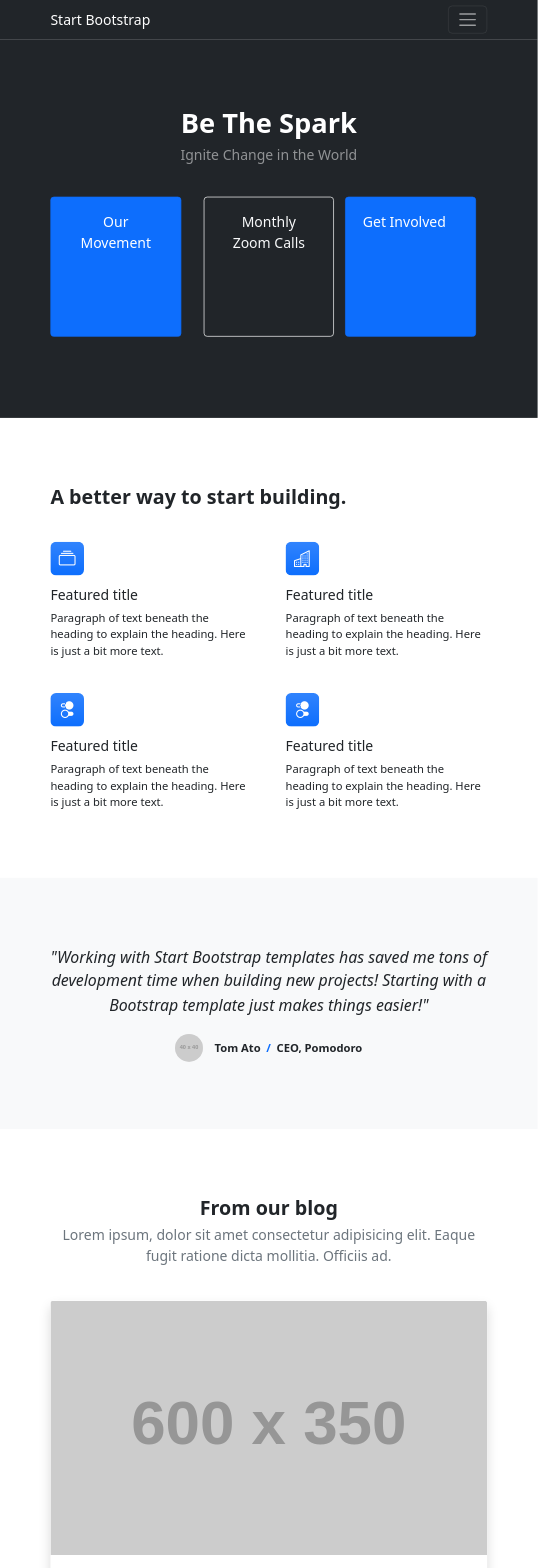
Repository: DragonFruit8/BeTheSpark
Page: index.html
An editor plug-in stored every save of this project. The page is shown before and after a run of saves, followed by the edit.
The browser window is 768 px wide. The pictures show the part of the page from y = 0 to 2240 px (the page is 4286 px tall before and 4188 px after), at 70% of full size.

Above is the page before, as saved 2024-01-05 08:20:42.

After the next 2 saves:
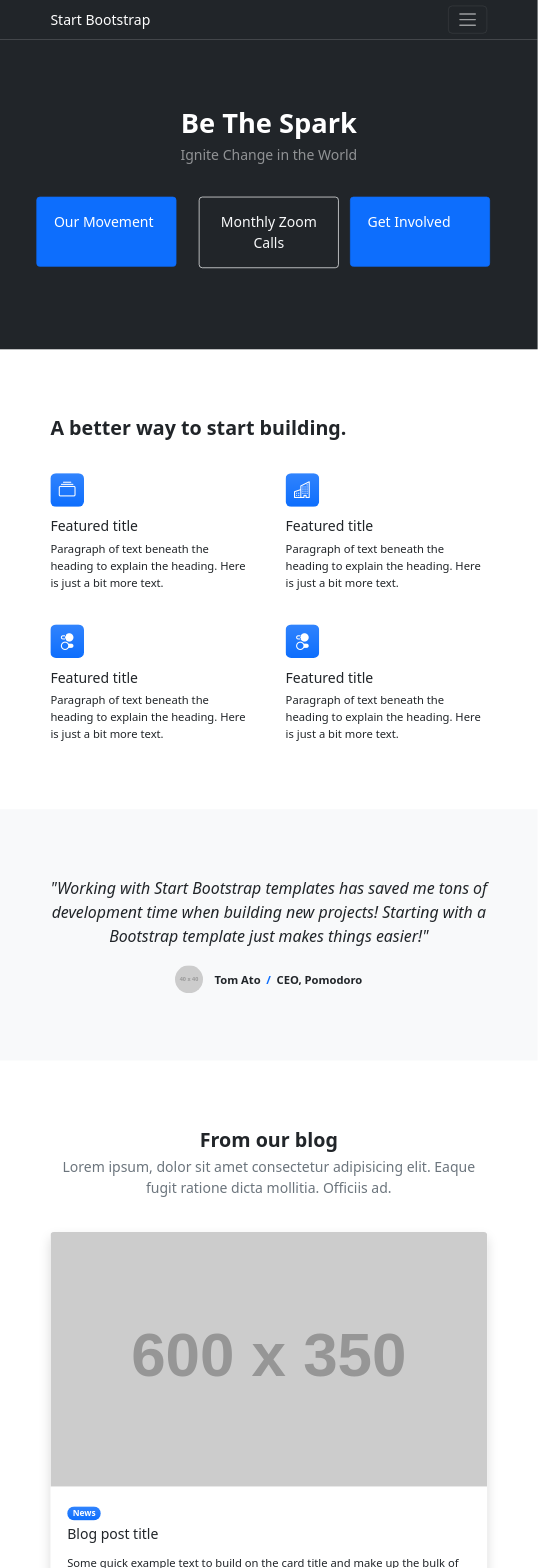
The 2 saves are shown as one change because they came seconds apart.
The last was saved 7 s later.
--- a/css/home.css
+++ b/css/home.css
@@ -11,8 +11,8 @@
 @media (max-width: 768px) {
     #CTA a{
         display: inline-flex;
-        min-height:200px;
-        min-width: 100px;
+        min-height:100px;
+        min-width: 200px;
         padding: 20px;
         margin-top: 20px;
         margin-bottom: 20px;
